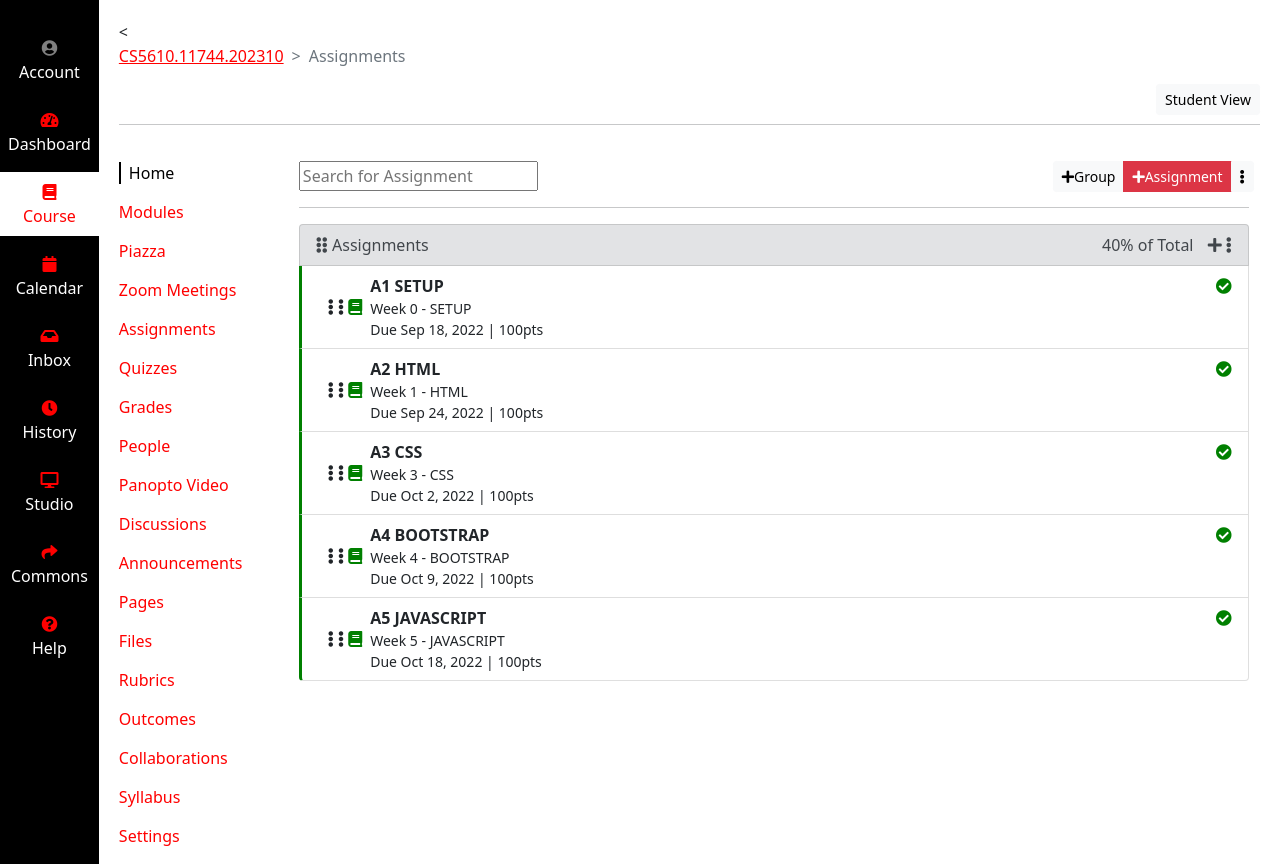
Repository: yuqiant/kanbas-react-web-app
Page: public/kanbas/assignment/index.html
An editor plug-in stored every save of this project. The page is shown before and after the next save, followed by the edit.
The browser window is 1280 px wide. The pictures show the whole page.

Above is the page before, as saved 2023-10-05 00:10:30.

After the next save:
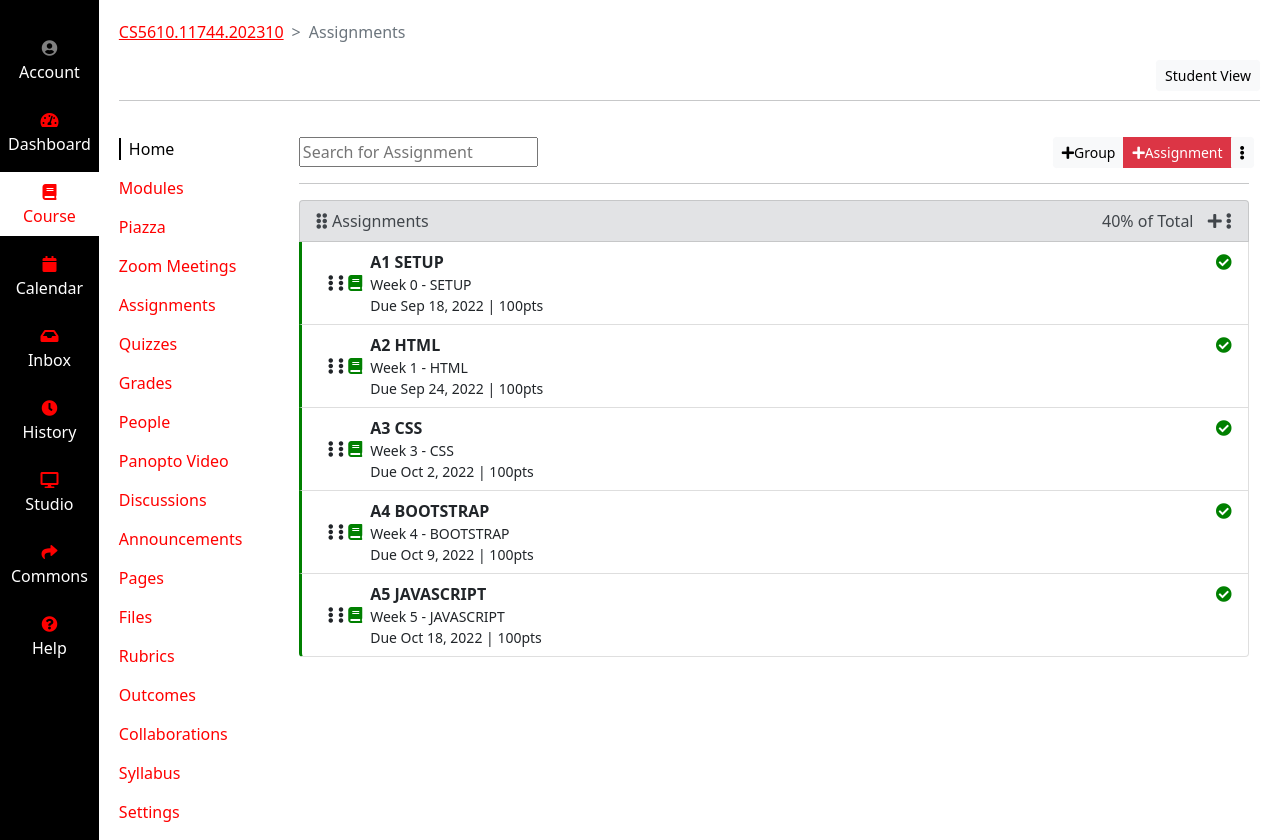
Saved 14 s later.
--- a/public/kanbas/assignment/index.html
+++ b/public/kanbas/assignment/index.html
@@ -33,16 +33,16 @@
         <div class="right-column">
 
             <div class="right-top">
-                <<nav style="--bs-breadcrumb-divider: '>';" aria-label="breadcrumb">
+                <nav style="--bs-breadcrumb-divider: '>';" aria-label="breadcrumb">
                     <ol class="breadcrumb">
                         <li class="breadcrumb-item"><a href="dashboard/index.html"
                                 style="color: red;">CS5610.11744.202310</a></li>
                         <li class="breadcrumb-item active" aria-current="page">Assignments</li>
                     </ol>
-                    </nav>
-                    <div class="float-sm-end"> <button class="btn btn-light btn-sm">Student View</button>
-                    </div><br />
-                    <hr />
+                </nav>
+                <div class="float-sm-end"> <button class="btn btn-light btn-sm">Student View</button>
+                </div><br />
+                <hr />
 
 
             </div>
